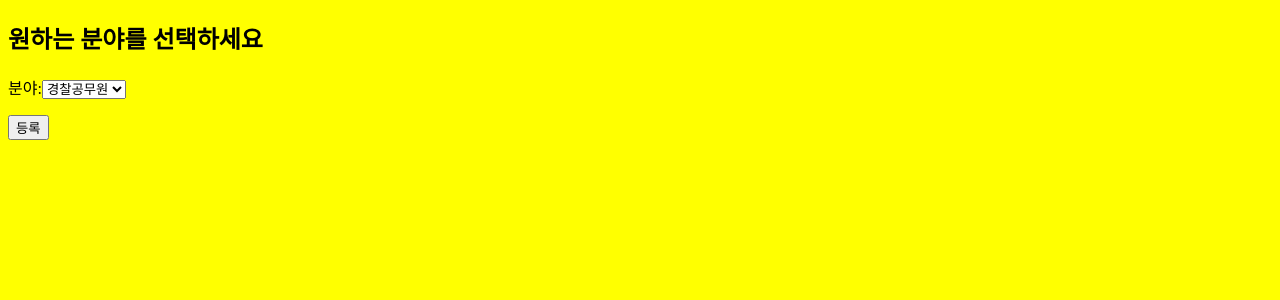
Repository: Hongjeongmin/university
Page: webprograming/test/test/WebContent/c.html
An editor plug-in stored every save of this project. The page is shown before and after the next save, followed by the edit.
The browser window is 1280 px wide. The pictures show the whole page.

Above is the page before, as saved 2018-09-13 05:57:49.

After the next save:
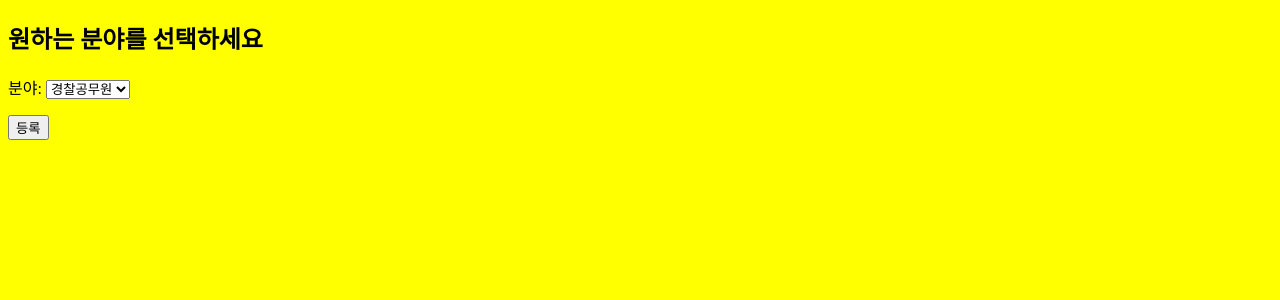
Saved 5 min 9 s later.
--- a/webprograming/test/test/WebContent/c.html
+++ b/webprograming/test/test/WebContent/c.html
@@ -7,7 +7,7 @@
 <body style="background-color:yellow">
 
 <h2>원하는 분야를 선택하세요</h2><p>
-분야:<select name="catagory" size="">
+분야:&nbsp;<select name="catagory" size="">
 	<option>경찰공무원</option><option>교육공무원</option><option>동사무소</option>
 </select><p>
 <input type="submit" value="등록"	/>
